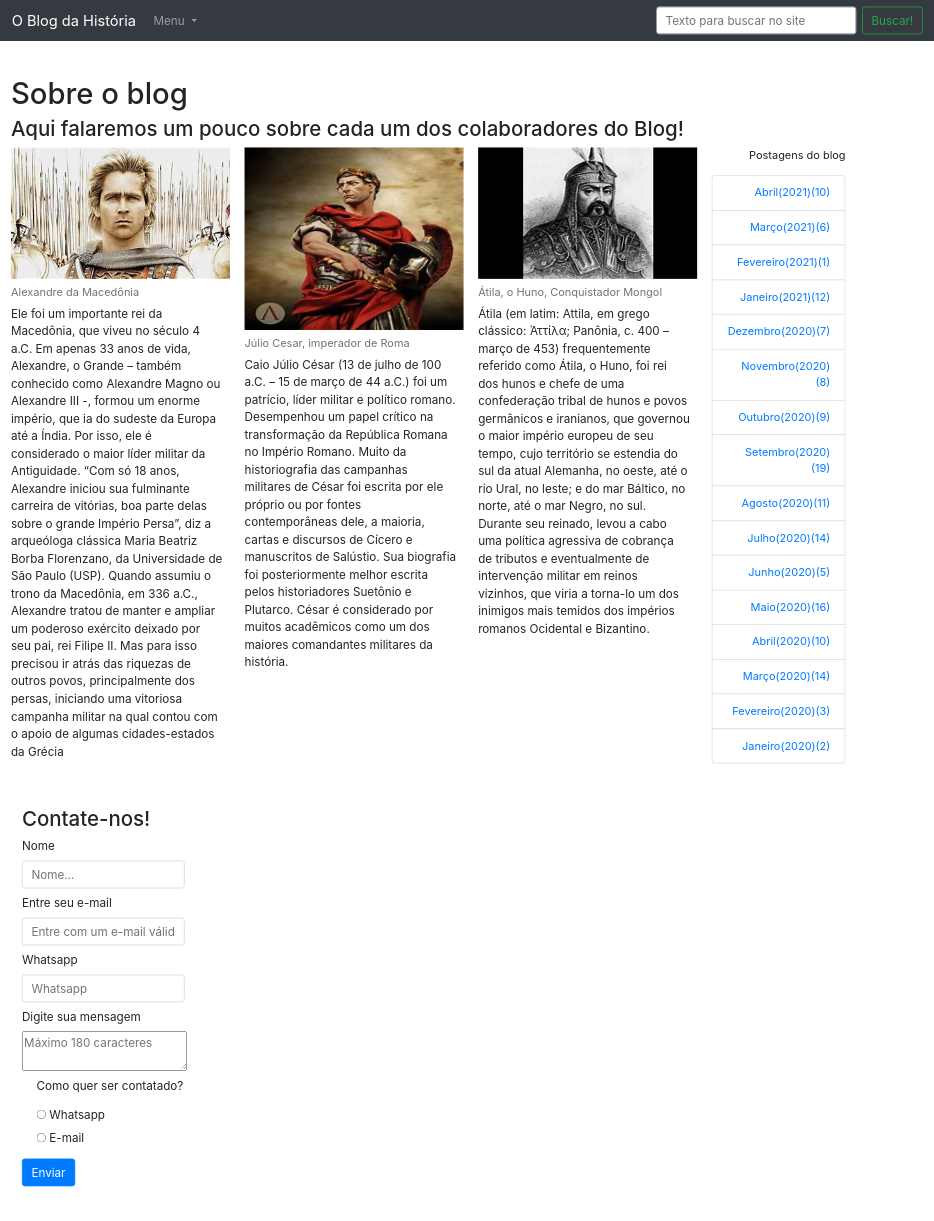
Repository: xhenrique/blog_layout_bootstrap
Page: source/sobre.html
These files come from the project's save history. The page is drawn as it stood at one moment and after the next save; the edit follows.
The browser window is 1280 px wide. The pictures show the whole page, at 73% of full size.

Above is the page before, as saved 2021-04-25 16:54:04.

### source/sobre.html
<!DOCTYPE html>
<html lang="pt-br">
  <head>
    <meta charset="utf-8">
    <!-- Meta tags Obrigatórias , initial-scale=1, shrink-to-fit=no -->

    <meta name="viewport" content="width=device-width">

    <!-- Bootstrap CSS -->
    <link rel="stylesheet" href="https://stackpath.bootstrapcdn.com/bootstrap/4.1.3/css/bootstrap.min.css" integrity="sha384-MCw98/SFnGE8fJT3GXwEOngsV7Zt27NXFoaoApmYm81iuXoPkFOJwJ8ERdknLPMO" crossorigin="anonymous">
    <title>O Blog da História</title>
  </head>
  <body>
    <nav class="navbar navbar-expand-md navbar-dark bg-dark sticky-top">
        <a class = "navbar-brand" href="index.html">O Blog da História</a>

        <!--Especificações do que é cada um dos atributos!!!!!
            "aria-controls": define a relação entre os elementos, um elemento é pai e o outro filho, deve ser definido no pai, relacionando o filho;
            "data-target" : Define o que será exibido quando clicar na opção do menu;
            "data-toggle" : o que vai acontecer quando eu clicar em cima do botão, collapse, por exemplo, faz o botão expandir e retrair as opções;
            "aria-expanded" : Flag para o navegador informando que o elemento não está expandido;
            "aria-label" : é usado para definir uma string na tag do elemento atual.
        -->
        <button title="Menu" class="navbar-toggler" type="button" data-toggle="collapse" data-target="#navbarCfg" aria-controls="navbarCfg">
            <span class="navbar-toggler-icon"></span>
        </button>
        <div class="collapse navbar-collapse" id="navbarCfg">
            <ul class="navbar-nav mr-auto">
                <a class="nav-link dropdown-toggle" href="#" id="navbarDropdown" role="button" data-toggle="dropdown" aria-haspopup="true" aria-expanded="false">
                Menu
                </a>
                <div class="dropdown-menu" aria-labelledby="navbarDropdown">
                <a class="dropdown-item" href="index.html">Início</a>
                <a class="dropdown-item" href="sobre.html">Sobre</a>
                <div class="dropdown-divider"></div>
                <p style="text-align: left; padding-left: 10px;"> Criado por: José Xavier<br/>UFPA - 2021</p>
                </div>
            </ul>
            <form class="form-inline my-2 my-lg-0">
            <input class="form-control mr-sm-2" type="search" placeholder="Texto para buscar no site" aria-label="Search">
            <button class="btn btn-outline-success my-2 my-sm-0" type="submit">Buscar!</button>
            </form>
        </div>
    </nav>

    <div class="container-fluid" id="sobreContainer">
        <div id="sobre_o_blog" class="text-left">
            <br/>
            <br/>
            <h1>Sobre o blog</h1>
            <h3>Aqui falaremos um pouco sobre cada um dos colaboradores do Blog!</h3>
        </div>
        <div class="row d-flex">
            <div class="col-md-3">
                <img class="figure-img" src="../img/alexandre.jpg" alt="Xandão"  style="height: 180px; width: 300px">
                <figcaption class="figure-caption" style="font-size: 15px; margin-bottom: 5px;">
                    Alexandre da Macedônia
                </figcaption>
                <p>Ele foi um importante rei da Macedônia, que viveu no século 4 a.C. Em apenas 33 anos de vida, Alexandre, o Grande – também conhecido como Alexandre Magno ou Alexandre III -, formou um enorme império, que ia do sudeste da Europa até a Índia. Por isso, ele é considerado o maior líder militar da Antiguidade. “Com só 18 anos, Alexandre iniciou sua fulminante carreira de vitórias, boa parte delas sobre o grande Império Persa”, diz a arqueóloga clássica Maria Beatriz Borba Florenzano, da Universidade de São Paulo (USP). Quando assumiu o trono da Macedônia, em 336 a.C., Alexandre tratou de manter e ampliar um poderoso exército deixado por seu pai, rei Filipe II. Mas para isso precisou ir atrás das riquezas de outros povos, principalmente dos persas, iniciando uma vitoriosa campanha militar na qual contou com o apoio de algumas cidades-estados da Grécia</p>
            </div>
            <div class="col-md-3">
                <img class="figure-img" src="../img/th.jfif" alt="imperador" style="height: 250px; width: 300px">
                <figcaption class="figure-caption" style="font-size: 15px; margin-bottom: 5px;">
                    Júlio Cesar, imperador de Roma
                </figcaption>
                <p>Caio Júlio César (13 de julho de 100 a.C. – 15 de março de 44 a.C.) foi um patrício, líder militar e político romano. Desempenhou um papel crítico na transformação da República Romana no Império Romano. Muito da historiografia das campanhas militares de César foi escrita por ele próprio ou por fontes contemporâneas dele, a maioria, cartas e discursos de Cícero e manuscritos de Salústio. Sua biografia foi posteriormente melhor escrita pelos historiadores Suetônio e Plutarco. César é considerado por muitos acadêmicos como um dos maiores comandantes militares da história.</p>
            </div>
            <div class="col-md-3">
                <img class="figure-img" src="../img/atila.jpg" alt="o_huno" style="height: 180px; width: 300px">
                <figcaption class="figure-caption" style="font-size: 15px; margin-bottom: 5px;">
                        Átila, o Huno, Conquistador Mongol
                </figcaption>
                <p>Átila (em latim: Attila, em grego clássico: Ἀττίλα; Panônia, c. 400 – março de 453) frequentemente referido como Átila, o Huno, foi rei dos hunos e chefe de uma confederação tribal de hunos e povos germânicos e iranianos, que governou o maior império europeu de seu tempo, cujo território se estendia do sul da atual Alemanha, no oeste, até o rio Ural, no leste; e do mar Báltico, no norte, até o mar Negro, no sul. Durante seu reinado, levou a cabo uma política agressiva de cobrança de tributos e eventualmente de intervenção militar em reinos vizinhos, que viria a torna-lo um dos inimigos mais temidos dos impérios romanos Ocidental e Bizantino.</p>
            </div>
                <div class="col-md-2">
                    <div class="text-right" style="font-size: 15px;">
                        <p>Postagens do blog</p>
                        <ul class="list-group">
                            <!--Javascript provavelmente entraria aqui, iterando sobre uma lista/matriz e exibindo a quantida de postagens por mês/ano-->
                            <li class="list-group-item"><a href="">Abril(2021)(10)</a></li>
                            <li class="list-group-item"><a href="">Março(2021)(6)</a></li>
                            <li class="list-group-item"><a href="">Fevereiro(2021)(1)</a></li>
                            <li class="list-group-item"><a href="">Janeiro(2021)(12)</a></li>
                            <li class="list-group-item"><a href="">Dezembro(2020)(7)</a></li>
                            <li class="list-group-item"><a href="">Novembro(2020)(8)</a></li>
                            <li class="list-group-item"><a href="">Outubro(2020)(9)</a></li>
                            <li class="list-group-item"><a href="">Setembro(2020)(19)</a></li>
                            <li class="list-group-item"><a href="">Agosto(2020)(11)</a></li>
                            <li class="list-group-item"><a href="">Julho(2020)(14)</a></li>
                            <li class="list-group-item"><a href="">Junho(2020)(5)</a></li>
                            <li class="list-group-item"><a href="">Maio(2020)(16)</a></li>
                            <li class="list-group-item"><a href="">Abril(2020)(10)</a></li>
                            <li class="list-group-item"><a href="">Março(2020)(14)</a></li>
                            <li class="list-group-item"><a href="">Fevereiro(2020)(3)</a></li>
                            <li class="list-group-item"><a href="">Janeiro(2020)(2)</a></li>
                        </ul>
                    </div>
                </div>
        </div>
        <div class="container-fluid" id="contatoContainer">
            <div class="row">
                <form>
                    <div class="col-md-10">
                        <br/>
                        <br/>

                        <h3>
                            Contate-nos!
                        </h3>
                        <div class="mb-2">
                            <label for="nameInput" class="form-label">Nome</label>
                            <input type="text" placeholder="Nome..." class="form-control" id="nameInput"  required>
                        </div>
                        <div class="mb-2">
                            <label for="inputEmail" class="form-label">Entre seu e-mail</label>
                            <input type="email" placeholder="Entre com um e-mail válido..." class="form-control" id="inputEmail"  required>
                        </div>
                        <div class="mb-2">
                            <label for="wppInput" class="form-label">Whatsapp</label>
                            <input type="tel" placeholder="Whatsapp" class="form-control" id="wppInput">
                        </div>
                        <div class="mb-2">
                            <label for="msgInput" class="form-label">Digite sua mensagem</label>
                            <textarea type="text" placeholder="Máximo 180 caracteres" maxlength="180" class="form-inline" id="msgInput"></textarea>
                        </div>
                        <div class="mb-2 form-check">
                            <p>Como quer ser contatado?</p>
                            <input type="radio" id="wpp" name="whatsapp" value="Whatsapp">
                            <label for="wpp">Whatsapp</label><br>
                            <input type="radio" id="e-mail" name="email" value="E-mail">
                            <label for="e-mail">E-mail</label><br>
                        </div>
                        <button class="btn btn-primary" type="submit" aria-label="btnSubmmit">Enviar</button>
                        <br>
                        <br>
                        <br>
                    </div>
                </form>
            </div>
        </div>
    </div>


    <!-- JavaScript (Opcional) -->
    <!-- jQuery primeiro, depois Popper.js, depois Bootstrap JS -->
    <script src="https://code.jquery.com/jquery-3.3.1.slim.min.js" integrity="sha384-q8i/X+965DzO0rT7abK41JStQIAqVgRVzpbzo5smXKp4YfRvH+8abtTE1Pi6jizo" crossorigin="anonymous"></script>
    <script src="https://cdnjs.cloudflare.com/ajax/libs/popper.js/1.14.3/umd/popper.min.js" integrity="sha384-ZMP7rVo3mIykV+2+9J3UJ46jBk0WLaUAdn689aCwoqbBJiSnjAK/l8WvCWPIPm49" crossorigin="anonymous"></script>
    <script src="https://stackpath.bootstrapcdn.com/bootstrap/4.1.3/js/bootstrap.min.js" integrity="sha384-ChfqqxuZUCnJSK3+MXmPNIyE6ZbWh2IMqE241rYiqJxyMiZ6OW/JmZQ5stwEULTy" crossorigin="anonymous"></script>
  </body>
</html>

After the next save:
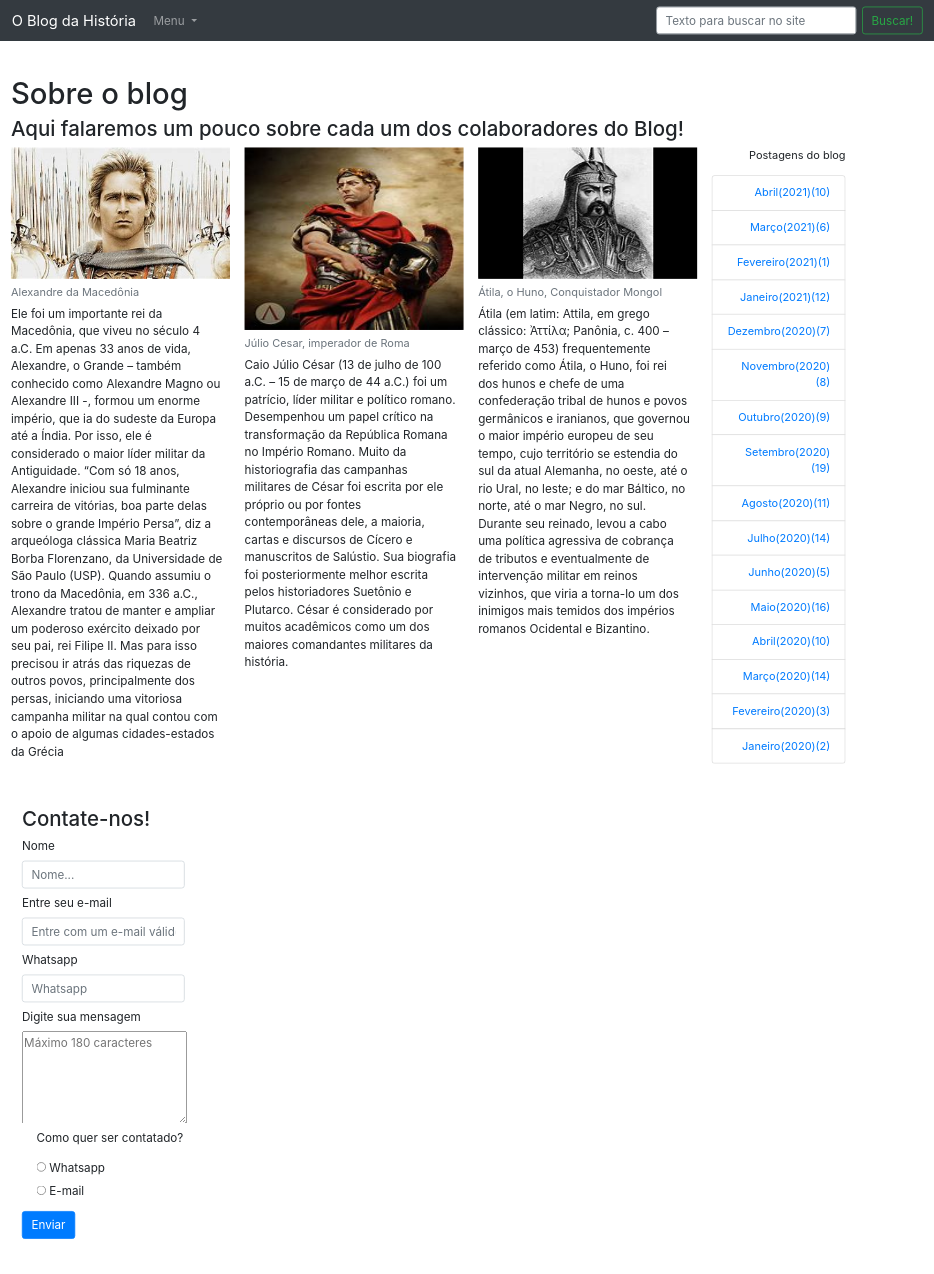
Saved 2 min 33 s later.
--- a/source/sobre.html
+++ b/source/sobre.html
@@ -121,7 +121,7 @@
                         </div>
                         <div class="mb-2">
                             <label for="msgInput" class="form-label">Digite sua mensagem</label>
-                            <textarea type="text" placeholder="Máximo 180 caracteres" maxlength="180" class="form-inline" id="msgInput"></textarea>
+                            <textarea type="text" placeholder="Máximo 180 caracteres" maxlength="180" class="form-inline" id="msgInput" rows="5"></textarea>
                         </div>
                         <div class="mb-2 form-check">
                             <p>Como quer ser contatado?</p>
